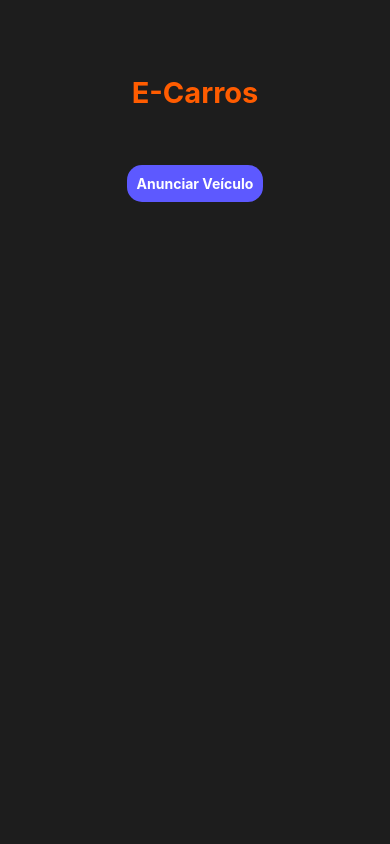
Repository: Matheus904-12/OpenAI---1
Screen: / (app in E-CARROS/)
The author's editor kept a copy of each file at every save. The screen is drawn from the files as they stood at one save, then again after the next save.
The app was drawn by React Native's web renderer in a window 390 px wide. The project was rebuilt for these pictures with package versions that can differ from the ones it lists, and the page was loaded fresh each time.

Above is the screen before, as saved 2024-04-24 20:52:06.

After the next save:
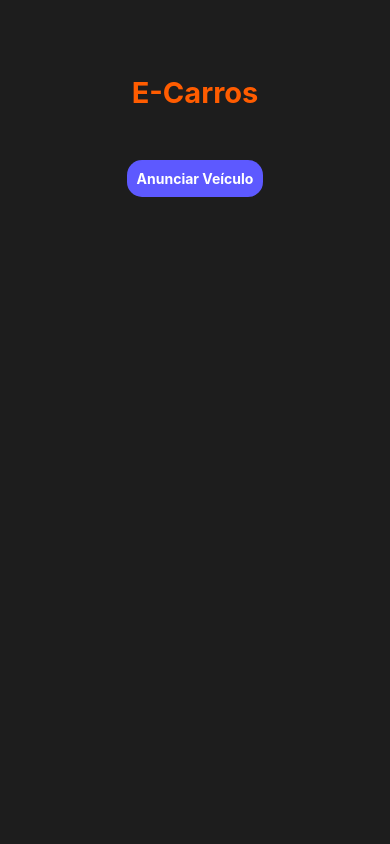
Saved 10 s later.
--- a/E-CARROS/App.tsx
+++ b/E-CARROS/App.tsx
@@ -179,7 +179,7 @@ const styles = StyleSheet.create({
     padding: 10,
     borderRadius: 15,
     marginBottom: 20,
-    marginTop: 35,
+    marginTop: 30,
   },
   addButtonText: {
     color: 'white',
